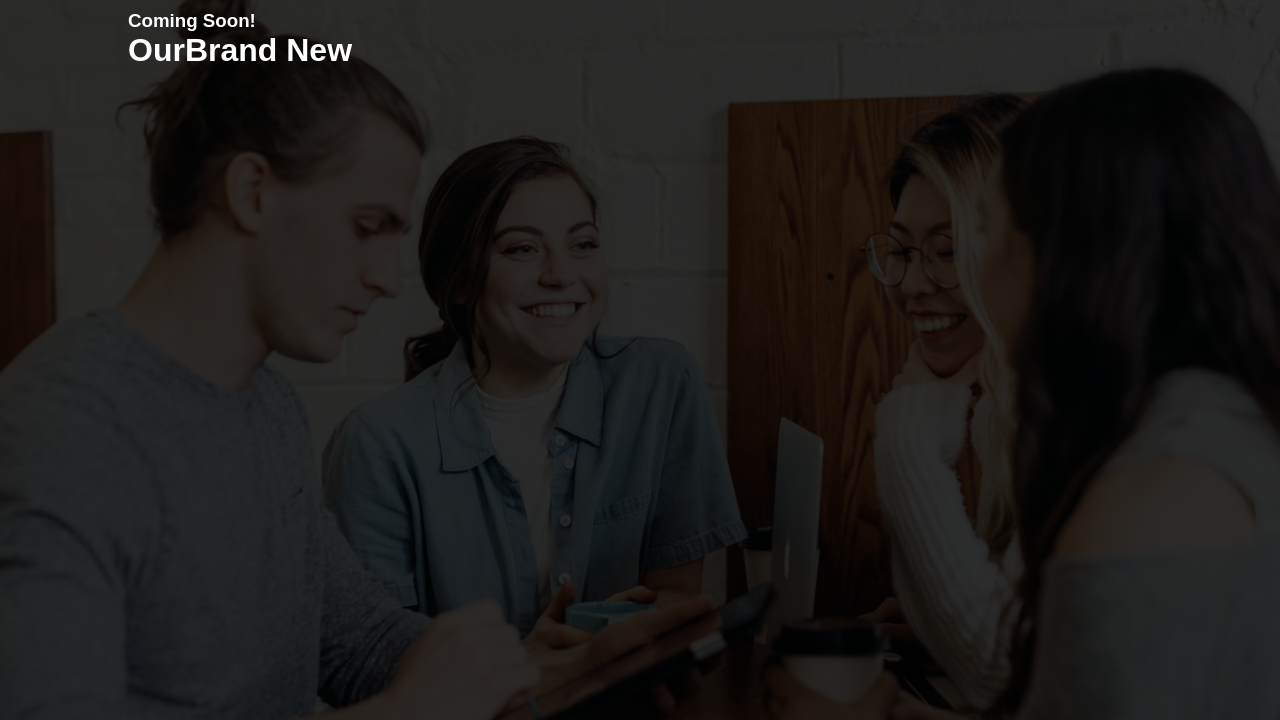
Repository: AbdullahOwais-Dev/Email-Subscription
Page: index.html
The author's editor kept a copy of each file at every save. The page is drawn from the files as they stood at one save, then again after a run of saves.
The browser window is 1280 px wide. The pictures show the whole page.

Above is the page before, as saved 2025-02-07 23:34:03.

### index.html
<!DOCTYPE html>
<html lang="en">
<head>
    <meta charset="UTF-8">
    <meta name="viewport" content="width=device-width, initial-scale=1.0">
    <link rel="stylesheet" href="style.css">
    <link rel="shortcut icon" href="images/icon.png" type="image/x-icon">
    <title>Email Subscription</title>
</head>
<body>

    <div class="hero">
        <h3>Coming Soon!</h3>
        <h1>OurBrand New<br></h1>
    </div>


    <style>

    </style>
</body>
</html>

### style.css
*{
    margin: 0;
    padding: 0;
    box-sizing: border-box;
    font-family: 'poppins', sans-serif;
}
.hero{
    width: 100%;
    height: 100vh;
    background-image: linear-gradient(rgba(0,0,0,0.8), rgba(0,0,0,0.8)), url(images/background.png);
    background-size: cover;
    background-position: center;
    padding: 10px 10%;
    color: #fff;
}

After the next 4 saves:
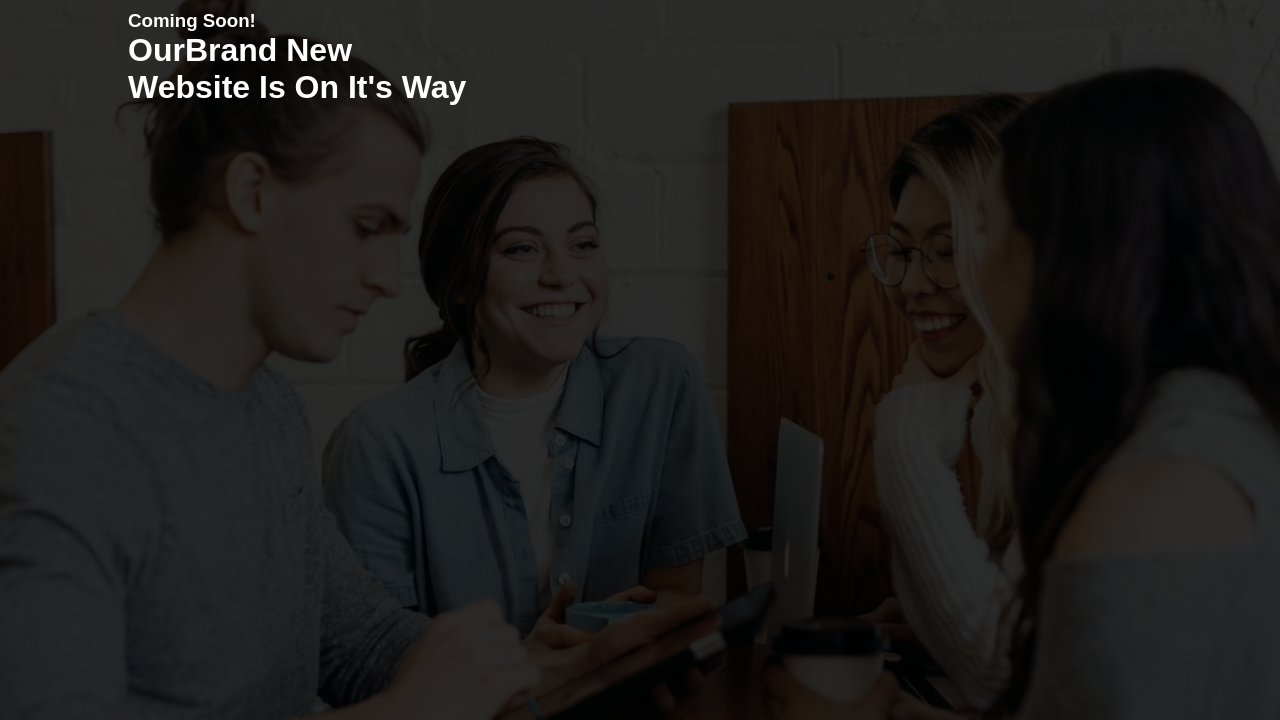
The 4 saves are shown as one change because they came seconds apart.
The last was saved 17 s later.
--- a/index.html
+++ b/index.html
@@ -11,7 +11,7 @@
 
     <div class="hero">
         <h3>Coming Soon!</h3>
-        <h1>OurBrand New<br></h1>
+        <h1>OurBrand New<br>Website Is On It's Way</h1>
     </div>
 
 
